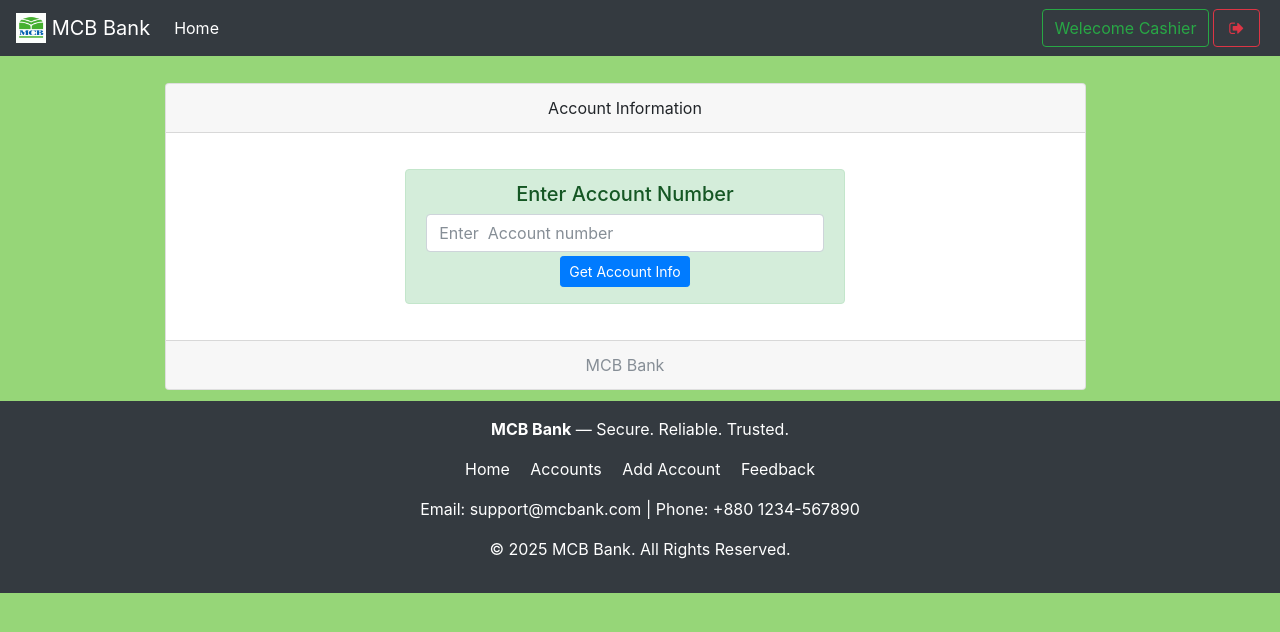
Repository: mhbshimla/my-bank
Page: http://localhost/cindex.php
The author's editor kept a copy of each file at every save. The page is drawn from the files as they stood at one save, then again after the next save.
The browser window is 1280 px wide. The pictures show the whole page.
The page is run by PHP 8.4 with error messages shown; the project is at /var/www/html/. The session is filled in as if someone had signed in: {"userId": 2, "user": {"id": 2, "email": "some2@gmail.com", "name": "Ali khan", "balance": 56000, "nid": "3210375555343", "number": "03356910260", "city": "Islamabad", "address": "Some where in isb", "source": "Programmer", "accountNo": 10054777, "branch": 1, "accountType": "Saving", "date": "2017-12-14 04:50:06"}, "cashId": 2, "managerId": 2}. Other server files are loaded and not shown. The database holds what the project's SQL file puts in it.

Above is the page before, as saved 2025-10-20 21:04:17.

### cindex.php
<?php
session_start();
if(!isset($_SESSION['cashId'])){ header('location:login.php');}
?>
<!DOCTYPE html>
<html>
<head>
  <title>Banking</title>
  <?php require 'assets/autoloader.php'; ?>
  <?php require 'assets/db.php'; ?>
  <?php require 'assets/function.php'; ?>
  <?php $note ="";
    if (isset($_POST['withdrawOther']))
    {
      $accountNo = $_POST['otherNo'];
      $checkNo = $_POST['checkno'];
      $amount = $_POST['amount'];
      if(setOtherBalance($amount,'debit',$accountNo))
      $note = "<div class='alert alert-success'>successfully transaction done</div>";
      else
      $note = "<div class='alert alert-danger'>Failed</div>";

    }
    if (isset($_POST['withdraw']))
    {
      setBalance($_POST['amount'],'debit',$_POST['accountNo']);
      makeTransactionCashier('withdraw',$_POST['amount'],$_POST['checkno'],$_POST['userId']);
      $note = "<div class='alert alert-success'>successfully transaction done</div>";

    }
    if (isset($_POST['deposit']))
    {
      setBalance($_POST['amount'],'credit',$_POST['accountNo']);
      makeTransactionCashier('deposit',$_POST['amount'],$_POST['checkno'],$_POST['userId']);
      $note = "<div class='alert alert-success'>successfully transaction done</div>";

    }
   ?>
</head>
<body style="background:#96D678;background-size: 100%">
<nav class="navbar navbar-expand-lg navbar-dark bg-dark fixed-top">
 <a class="navbar-brand" href="#">
    <img src="images/logo.png" width="30" height="30" class="d-inline-block align-top" alt="">
   <!--  <i class="d-inline-block  fa fa-building fa-fw"></i> --><?php echo bankName; ?>
  </a>
  <button class="navbar-toggler" type="button" data-toggle="collapse" data-target="#navbarSupportedContent" aria-controls="navbarSupportedContent" aria-expanded="false" aria-label="Toggle navigation">
    <span class="navbar-toggler-icon"></span>
  </button>

  <div class="collapse navbar-collapse" id="navbarSupportedContent">
    <ul class="navbar-nav mr-auto">
      <li class="nav-item ">
        <a class="nav-link active" href="cindex.php">Home <span class="sr-only">(current)</span></a>
      </li>
      <!-- <li class="nav-item"><a class="nav-link" href="caccounts.php">Account Setting</a></li> -->
     <!--  <li class="nav-item"><a class="nav-link" href="statements.php">Account Statements</a></li>
      <li class="nav-item"><a class="nav-link" href="transfer.php">Funds Transfer</a></li> -->
      <!-- <li class="nav-item ">  <a class="nav-link" href="profile.php">Profile</a></li> -->
    </ul>
    <?php include 'csideButton.php'; ?>

  </div>
</nav><br><br><br>
<div class="row w-100" style="padding: 11px">
  <div class="col">
    <div class="card text-center w-75 mx-auto">
  <div class="card-header">
    Account Information
  </div>
  <div class="card-body">
    <p class="card-text"><?php echo $note; ?>
      <form method="POST">
          <div class="alert alert-success w-50 mx-auto">
            <h5>Enter Account Number</h5>
            <input type="text" name="otherNo" class="form-control " placeholder="Enter  Account number" required>
            <button type="submit" name="get" class="btn btn-primary btn-bloc btn-sm my-1">Get Account Info</button>
          </div>
      </form>
    </p>
    <?php if (isset($_POST['get']))
      {
        $array2 = $con->query("select * from otheraccounts where accountNo = '$_POST[otherNo]'");
        $array3 = $con->query("select * from userAccounts where accountNo = '$_POST[otherNo]'");
        {
          if ($array2->num_rows > 0)
          { $row2 = $array2->fetch_assoc();
            echo "<div class='row'>
                  <div class='col'>
                  <form method='POST'>
                    Account No.
                    <input type='text' value='$row2[accountNo]' name='otherNo' class='form-control ' readonly required>
                    Account Holder Name.
                    <input type='text' class='form-control' value='$row2[holderName]' readonly required>
                    Account Holder Bank Name.
                    <input type='text' class='form-control' value='$row2[bankName]' readonly required>


                  </div>
                  <div class='col'>
                    Bank Balance
                    <input type='text' class='form-control my-1'  value='Rs.$row2[balance]' readonly required>
                    <input type='number' class='form-control my-1' name='checkno' placeholder='Write Check Number' required>
                    <input type='number' class='form-control my-1' name='amount' placeholder='Write Amount' max='$row2[balance]' required>
                   <button type='submit' name='withdrawOther' class='btn btn-success btn-bloc btn-sm my-1'> Withdraw</button></form>
                  </div>
                </div>";
          }elseif ($array3->num_rows > 0) {
           $row2 = $array3->fetch_assoc();
            echo "
            <div class='row'>
                  <div class='col'>

                    Account No.
                    <input type='text' value='$row2[accountNo]' name='otherNo' class='form-control ' readonly required>
                    Account Holder Name.
                    <input type='text' class='form-control' value='$row2[name]' readonly required>
                    Account Holder Bank Name.
                    <input type='text' class='form-control' value='".bankName."' readonly required>Bank Balance
                    <input type='text' class='form-control my-1'  value='Rs.$row2[balance]' readonly required>


                  </div>
                  <div class='col'>
                    Transaction Process.
                    <form method='POST'>

                    <input type='hidden' value='$row2[accountNo]' name='accountNo' class='form-control ' required>
                    <input type='hidden' value='$row2[id]' name='userId' class='form-control ' required>
                    <input type='number' class='form-control my-1' name='checkno' placeholder='Write Check Number' required>
                    <input type='number' class='form-control my-1' name='amount' placeholder='Write Amount for withdraw' max='$row2[balance]' required>
                   <button type='submit' name='withdraw' class='btn btn-primary btn-bloc btn-sm my-1'> Withdraw</button></form><form method='POST'>
                    <input type='hidden' value='$row2[accountNo]' name='accountNo' class='form-control ' required>
                    <input type='hidden' value='$row2[id]' name='userId' class='form-control ' required>
                   <input type='number' class='form-control my-1' name='checkno' placeholder='Write Check Number' required>
                    <input type='number' class='form-control my-1' name='amount' placeholder='Write Amount for deposit'  required>

                   <button type='submit' name='deposit' class='btn btn-success btn-bloc btn-sm my-1'> Deposit</button></form>
                  </div>
                </div>
            ";
          }
          else
            echo "<div class='alert alert-success w-50 mx-auto'>Account No. $_POST[otherNo] Does not exist</div>";
        }
  }
      ?>
  </div>
  <div class="card-footer text-muted">
    <?php echo bankName; ?>
  </div>
</div>
</div>
</div>
<footer class="bg-dark text-white text-center py-3">
  <div class="container">
    <p><strong>MCB Bank</strong> — Secure. Reliable. Trusted.</p>
    <p>
      <a href="mindex.php" class="text-white mx-2">Home</a>
      <a href="maccounts.php" class="text-white mx-2">Accounts</a>
      <a href="maddnew.php" class="text-white mx-2">Add Account</a>
      <a href="mfeedback.php" class="text-white mx-2">Feedback</a>
    </p>
    <p>Email: support@mcbank.com | Phone: +880 1234-567890</p>
    <p>&copy; <?php echo date("Y"); ?> MCB Bank. All Rights Reserved.</p>
  </div>
</footer>
</body>
</html>

### assets/autoloader.php

<link rel="stylesheet" type="text/css" href="css/bootstrap.min.css">
<link rel="stylesheet" type="text/css" href="css/custom.css">
<link rel="stylesheet" type="text/css" href="font-awesome/css/font-awesome.min.css">
<script src='js/jquery-3.2.1.min.js'></script>
<script src='js/popper.min.js'></script>
<script src='js/bootstrap.min.js'></script>

### assets/db.php
<?php
if (session_status() === PHP_SESSION_NONE) {
    session_start();
}

// ✅ Auto-switch between localhost and InfinityFree
if (in_array($_SERVER['SERVER_NAME'], ['localhost', '127.0.0.1'])) {
    // Localhost (XAMPP/WAMP)
    $con = new mysqli('localhost', 'root', '', 'mybank');
} else {
    // InfinityFree (Live Hosting)
    $con = new mysqli('sql100.infinityfree.com', 'if0_40476525', 'banK12345', 'if0_40476525_mybank');
}

// ✅ Connection check
if ($con->connect_error) {
    die("Database connection failed: " . $con->connect_error);
}

// ✅ Bank name constant
define('bankName', 'MCB Bank');

// ✅ Fetch user data safely if logged in
$userData = null;
if (isset($_SESSION['userId'])) {
    $stmt = $con->prepare("
        SELECT *
        FROM userAccounts
        JOIN branch ON userAccounts.branch = branch.branchId
        WHERE userAccounts.id = ?
    ");
    if ($stmt) {
        $stmt->bind_param("i", $_SESSION['userId']);
        $stmt->execute();
        $result   = $stmt->get_result();
        $userData = $result->fetch_assoc();
        $stmt->close();
    }
}
?>
<!-- Tooltip initialization -->
<script type="text/javascript">
$(function () {
  $('[data-toggle="tooltip"]').tooltip();
});
</script>

### assets/function.php
<?php
function setBalance($amount,$process,$accountNo)
{
	$con = new mysqli('localhost','root','','mybank');
	$array = $con->query("select * from userAccounts where accountNo='$accountNo'");
	$row = $array->fetch_assoc();
	if ($process == 'credit')
	{
		$balance = $row['balance'] + $amount;
		return $con->query("update userAccounts set balance = '$balance' where accountNo = '$accountNo'");
	}else
	{
		$balance = $row['balance'] - $amount;
		return $con->query("update userAccounts set balance = '$balance' where accountNo = '$accountNo'");
	}
}
function setOtherBalance($amount,$process,$accountNo)
{
	$con = new mysqli('localhost','root','','mybank');
	$array = $con->query("select * from otheraccounts where accountNo='$accountNo'");
	$row = $array->fetch_assoc();
	if ($process == 'credit')
	{
		$balance = $row['balance'] + $amount;
		return $con->query("update otheraccounts set balance = '$balance' where accountNo = '$accountNo'");
	}else
	{
		$balance = $row['balance'] - $amount;
		return $con->query("update otheraccounts set balance = '$balance' where accountNo = '$accountNo'");
	}
}
function makeTransaction($action,$amount,$other)
{
	$con = new mysqli('localhost','root','','mybank');
	if ($action == 'transfer')
	{
		return $con->query("insert into transaction (action,debit,other,userId) values ('transfer','$amount','$other','$_SESSION[userId]')");
	}
	if ($action == 'withdraw')
	{
		return $con->query("insert into transaction (action,debit,other,userId) values ('withdraw','$amount','$other','$_SESSION[userId]')");

	}
	if ($action == 'deposit')
	{
		return $con->query("insert into transaction (action,credit,other,userId) values ('deposit','$amount','$other','$_SESSION[userId]')");

	}
}
function makeTransactionCashier($action,$amount,$other,$userId)
{
	$con = new mysqli('localhost','root','','mybank');
	if ($action == 'transfer')
	{
		return $con->query("insert into transaction (action,debit,other,userId) values ('transfer','$amount','$other','$userId')");
	}
	if ($action == 'withdraw')
	{
		return $con->query("insert into transaction (action,debit,other,userId) values ('withdraw','$amount','$other','$userId')");

	}
	if ($action == 'deposit')
	{
		return $con->query("insert into transaction (action,credit,other,userId) values ('deposit','$amount','$other','$userId')");

	}
}
 ?>

### csideButton.php
<form class="form-inline my-2 my-lg-0">

        <button class="btn btn-outline-success">Welecome Cashier</button>
        <a href="logout.php" data-toggle="tooltip" title="Logout" class="btn btn-outline-danger mx-1" ><i class="fa fa-sign-out fa-fw"></i></a>
</form>

### css/custom.css
.omit1{background: rgba(0,0,0,0.1);}
.omit2{background: rgba(0,0,0,0.2);}
.omit3{background: rgba(0,0,0,0.3);}
.omit4{background: rgba(0,0,0,0.4);}
.omit5{background: rgba(0,0,0,0.5);}
.omit6{background: rgba(0,0,0,0.6);}
.omit7{background: rgba(0,0,0,0.7);}
.omit8{background: rgba(0,0,0,0.8);}
.omit9{background: rgba(0,0,0,0.9);}

.shadowBlack{box-shadow: 2px 2px 11px black}
.shadowGreen{box-shadow: 2px 2px 11px green}
.shadowBlue{box-shadow: 2px 2px 11px blue}
.shadowWhite{box-shadow: 2px 2px 11px white}

### Database/mybank (1).sql (the tables this page reads)
CREATE TABLE `branch` (
  `branchId` int(11) NOT NULL,
  `branchNo` varchar(111) NOT NULL,
  `branchName` varchar(111) NOT NULL
) ENGINE=InnoDB DEFAULT CHARSET=latin1 COLLATE=latin1_swedish_ci;

INSERT INTO `branch` (`branchId`, `branchNo`, `branchName`) VALUES
(1, '100101', 'Dhaka'),
(2, '100102', 'Sylhet');

ALTER TABLE `branch`
  ADD PRIMARY KEY (`branchId`);

ALTER TABLE `branch`
  MODIFY `branchId` int(11) NOT NULL AUTO_INCREMENT, AUTO_INCREMENT=3;

CREATE TABLE `useraccounts` (
  `id` int(11) NOT NULL,
  `email` text NOT NULL,
  `password` text NOT NULL,
  `name` varchar(111) NOT NULL,
  `balance` varchar(111) NOT NULL,
  `nid` varchar(111) NOT NULL,
  `number` varchar(111) NOT NULL,
  `city` varchar(111) NOT NULL,
  `address` varchar(111) NOT NULL,
  `source` varchar(111) NOT NULL,
  `accountNo` varchar(111) NOT NULL,
  `branch` varchar(111) NOT NULL,
  `accountType` varchar(111) NOT NULL,
  `date` timestamp NOT NULL DEFAULT current_timestamp()
) ENGINE=InnoDB DEFAULT CHARSET=latin1 COLLATE=latin1_swedish_ci;

INSERT INTO `useraccounts` (`id`, `email`, `password`, `name`, `balance`, `nid`, `number`, `city`, `address`, `source`, `accountNo`, `branch`, `accountType`, `date`) VALUES
(2, 'some2@gmail.com', 'some2', 'Ali khan', '56000', '3210375555343', '03356910260', 'Islamabad', 'Some where in isb', 'Programmer', '10054777', '1', 'Saving', '2017-12-14 04:50:06'),
(6, 'realx4rd@gmail.com', 'afsdfasd', 'Fayyaz Khan', '234234', '3240338834902', '03356910260', 'Taunsa', 'Dera Ghazi Khan', 'Govt. job', '1513410739', '1', 'saving', '2017-12-16 07:52:40'),
(7, 'realx4rd@gmail.com', 'safsadf', 'Fayyaz Khan', '12121', '3240338834902', '03356910260', 'Taunsa', 'Dera Ghazi Khan', 'Govt. job', '1513410837', '1', 'current', '2017-12-16 07:54:18'),
(8, 'uracc@gmail.com', 'uracc', 'uracc', '500', '1', '01890040951', 'sylhet', 'south surma,sylhet', 'business', '1755446085', '1', 'current', '2025-08-17 15:56:42'),
(10, 'sjahan@gmail.com', 'sjahan', 'shuborna', '9993565', '1', '01562536474', 'dhaka', 'north south surma', 'business', '1757345500', '2', 'saving', '2025-09-08 15:35:00'),
(11, 'ayana10@gmail.com', 'ayana10', 'Ayana Hussain', '13000000', '205364253', '01853462422', 'sylhet', 'south surma,sylhet', 'business', '1760365343', '2', 'saving', '2025-10-13 14:24:20'),
(12, 'shimla09@gmail.com', 'shimla09', 'shimla', '14390244', '4235345666', '01853524345', 'sylhet', 'south surma,sylhet', 'job', '1760416459', '1', 'current', '2025-10-14 04:36:47'),
(13, 'arib05@gmail.com', 'arib05', 'arib', '2476544', '1234414302', '01804414302', 'Sylhet', 'South Surma, Sylhet-3100', 'business', '1762611572', '2', 'saving', '2025-11-08 14:22:38');

ALTER TABLE `useraccounts`
  ADD PRIMARY KEY (`id`);

ALTER TABLE `useraccounts`
  MODIFY `id` int(11) NOT NULL AUTO_INCREMENT, AUTO_INCREMENT=14;

Loaded but not shown: css/bootstrap.min.css (library); font-awesome/css/font-awesome.min.css (library); js/jquery-3.2.1.min.js (library); js/popper.min.js (library); js/bootstrap.min.js (library)

After the next save:
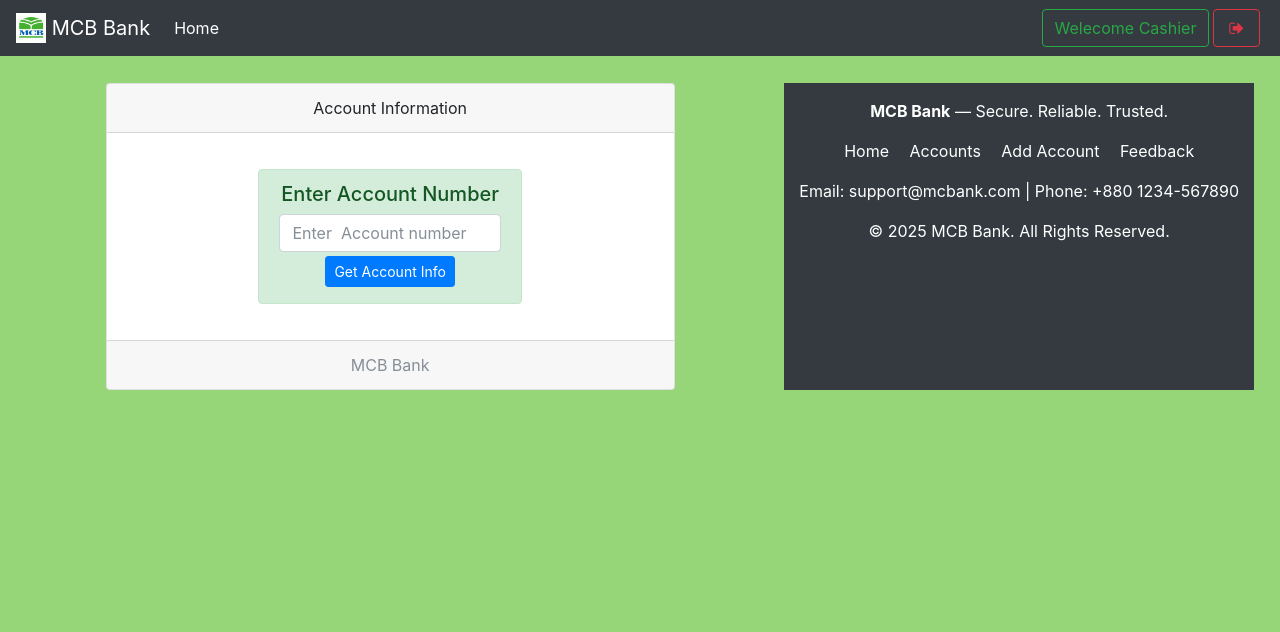
Saved 27 s later.
--- a/cindex.php
+++ b/cindex.php
@@ -150,7 +150,6 @@
   </div>
 </div>
 </div>
-</div>
 <footer class="bg-dark text-white text-center py-3">
   <div class="container">
     <p><strong>MCB Bank</strong> — Secure. Reliable. Trusted.</p>
@@ -164,5 +163,19 @@
     <p>&copy; <?php echo date("Y"); ?> MCB Bank. All Rights Reserved.</p>
   </div>
 </footer>
+</div>
+<!-- <footer class="bg-dark text-white text-center py-3">
+  <div class="container">
+    <p><strong>MCB Bank</strong> — Secure. Reliable. Trusted.</p>
+    <p>
+      <a href="mindex.php" class="text-white mx-2">Home</a>
+      <a href="maccounts.php" class="text-white mx-2">Accounts</a>
+      <a href="maddnew.php" class="text-white mx-2">Add Account</a>
+      <a href="mfeedback.php" class="text-white mx-2">Feedback</a>
+    </p>
+    <p>Email: support@mcbank.com | Phone: +880 1234-567890</p>
+    <p>&copy; <?php echo date("Y"); ?> MCB Bank. All Rights Reserved.</p>
+  </div>
+</footer> -->
 </body>
 </html>
